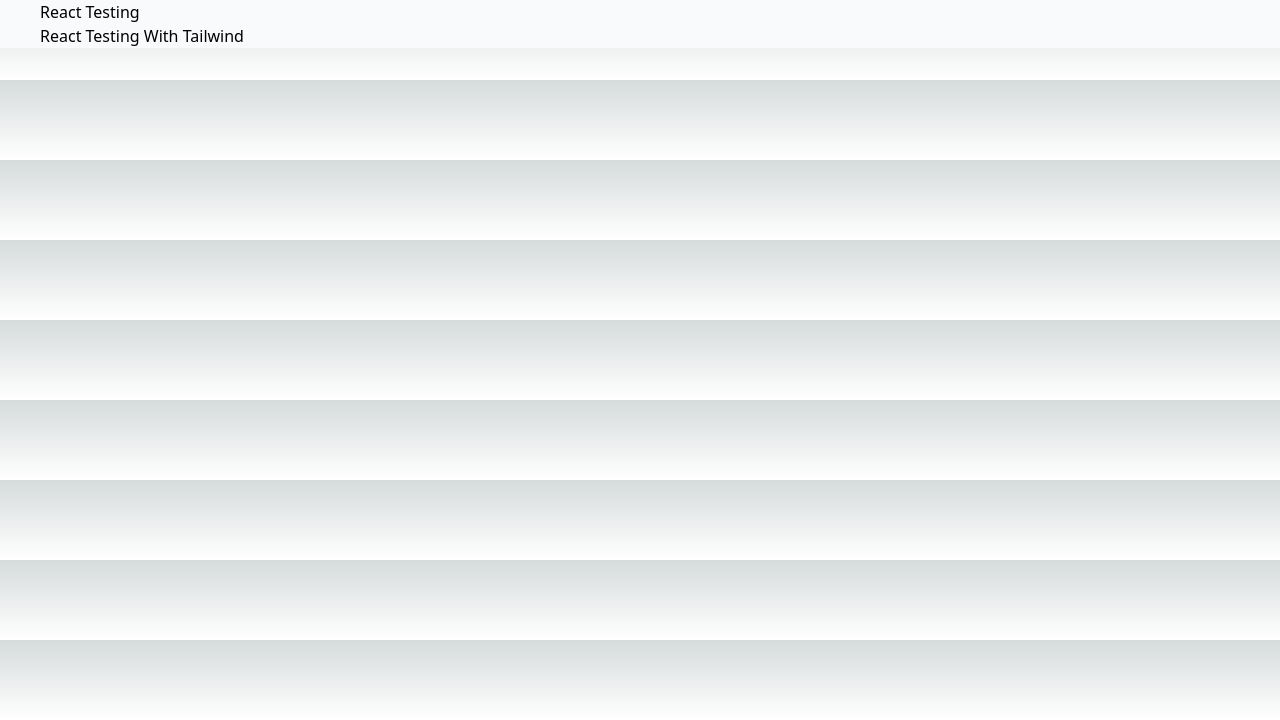
Repository: AlgoHussle/algo-blog
Page: /
These files come from the project's save history. The page is drawn as it stood at one moment and after a run of saves; the edit follows.
The browser window is 1280 px wide. The pictures show the whole page.
The project was rebuilt for these pictures with package versions that can differ from the ones it lists, and the page was loaded fresh each time. The framework's server and built-in components were replaced by stand-ins that run in the browser. Also part of the build but not shown: next.config.js, components/Categories.jsx, components/PostWidget.jsx.

Above is the page before, as saved 2023-05-03 21:41:22.

After the next 2 saves:
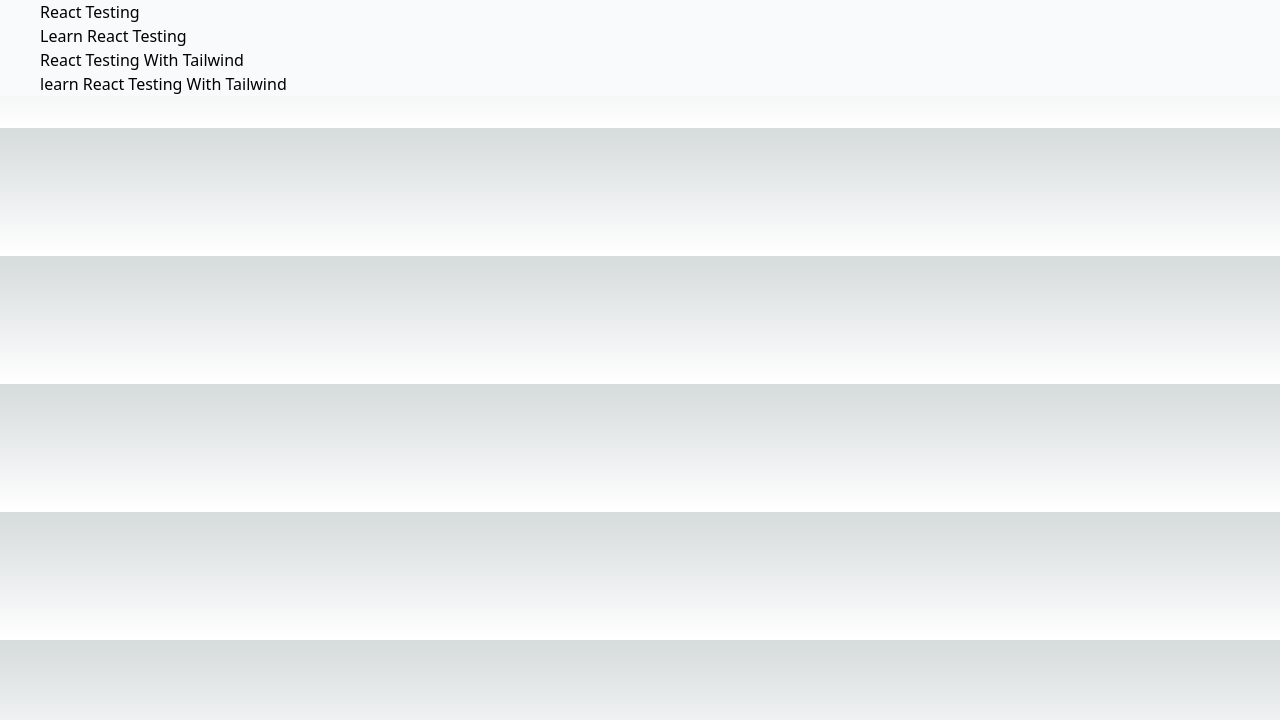
The 2 saves are shown as one change because 1 did not build or start.
The last was saved 22 s later.
--- a/pages/index.js
+++ b/pages/index.js
@@ -17,10 +17,7 @@
       <div className='grid grid-cols-1 lg:grid-cols-12 gap-12'>
         <div className='lg:col-span-8 col-span-1'>
         {posts.map((post, index) => (
-          <div>
-            {post.title}
-            {posts.excerpt}
-          </div>
+          <PostCard key={index} post={post} />
         ))}
         </div>
       <div className='lg:col-span-4 col-span-1'>
